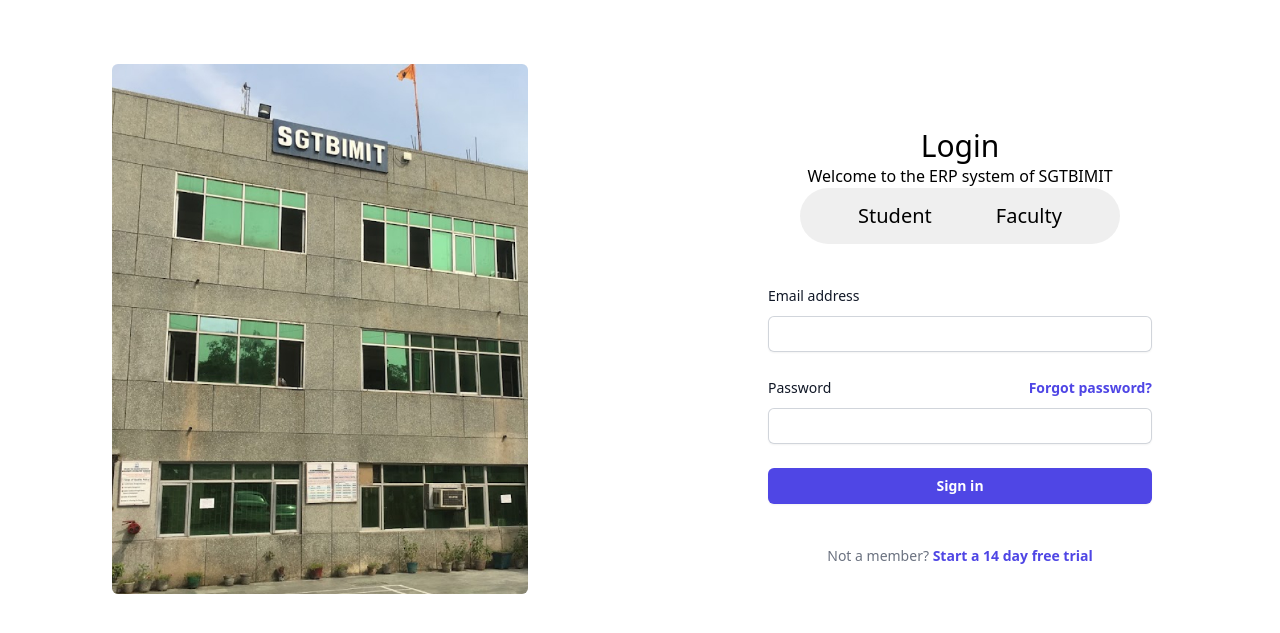
Repository: SehajBindra/SGTBIMIT-ERP-Client
Page: /StudentLogin
The author's editor kept a copy of each file at every save. The page is drawn from the files as they stood at one save, then again after the next save.
The browser window is 1280 px wide. The pictures show the whole page.
The project was rebuilt for these pictures with package versions that can differ from the ones it lists, and the page was loaded fresh each time. Also part of the build but not shown: src/LOGIN/Login.js, src/LOGIN/FACULTY/FacultyLogin.js, src/STUDENT_PAGE/StuBody.js, src/STUDENT_PAGE/StuSidebar.js, src/STUDENT_PAGE/StuHeader.js, src/STUDENT_PAGE/StudentHome.js, src/FACULTY_PAGE/FacBody.js, src/FACULTY_PAGE/FacHeader.js and 2 more.

Above is the page before, as saved 2023-05-14 15:52:01.

### src/App.js
import React from 'react';
import { BrowserRouter as Router, Routes, Route } from "react-router-dom";
import './App.css';
import Login from './LOGIN/Login';
import StudentLogin from './LOGIN/STUDENT/StudentLogin';
import FacultyLogin from './LOGIN/FACULTY/FacultyLogin';
import StuBody from './STUDENT_PAGE/StuBody';
import StudentHome from './STUDENT_PAGE/StudentHome';
import StuSidebar from './STUDENT_PAGE/StuSidebar';
import StuHeader from './STUDENT_PAGE/StuHeader';
import FacBody from './FACULTY_PAGE/FacBody';
import FacHeader from './FACULTY_PAGE/FacHeader';
import FacSidebar from './FACULTY_PAGE/FacSidebar';
import FacultyHome from './FACULTY_PAGE/FacultyHome';
function App() {
  return (
    <div className="App">
      <Router>
        <Routes>
        <Route exact path="/" element={<Login />}></Route>
        <Route exact path="StudentLogin" element={<StudentLogin/>}></Route>
        <Route exact path="FacultyLogin" element={<FacultyLogin/>}></Route>
        <Route exact path="StuBody" element={<StuBody/>}></Route>
        <Route exact path="StuSidebar" element={<StuSidebar/>}></Route>
        <Route exact path="StuHeader" element={<StuHeader/>}></Route>
        <Route exact path="StudentHome" element={<StudentHome/>}></Route>
        <Route exact path="FacBody" element={<FacBody/>}></Route>
        <Route exact path="FacHeader" element={<FacHeader/>}></Route>
        <Route exact path="FacSidebar" element={<FacSidebar/>}></Route>
        <Route exact path="FacultyHome" element={<FacultyHome/>}></Route>
        </Routes>
      </Router>
    </div>
  );
}

export default App;

### src/LOGIN/STUDENT/StudentLogin.js
import React, { useEffect, useState } from "react";
import VisibilityIcon from "@mui/icons-material/Visibility";
import VisibilityOffIcon from "@mui/icons-material/VisibilityOff";

const StudentLogin = () => {
  const [translate, setTranslate] = useState(false);
  const [username, setUsername] = useState("");
  const [password, setPassword] = useState("");
  const [showPassword, setShowPassword] = useState(false);
  const [loading] = useState(false);

  useEffect(() => {
    setTimeout(() => {
      setTranslate(true);
    }, 1000);
  }, []);

  return (
    <div className=" grid grid-cols-4 h-[530px] my-16 mx-auto max-w-7xl ">
      <div className=" col-span-2">
        <img
          className="hidden md:inline h-[530px] object-cover rounded-md"
          src="/sgtb.jpg"
          alt="banner_image"
        />
      </div>

      <div className="bg-white  col-span-2 my-16">
        <h2 className="text-3xl">Login</h2>
        <p>Welcome to the ERP system of SGTBIMIT</p>

        <div
          className="flex flex-row items-center mx-auto justify-center h-[56px] text-[#
            1B449C] bg-[#EEEE] max-w-xs  space-x-16 capitalize text-[20px] rounded-[32px]"
        >
          <p>student</p>
          <p className="">faculty</p>
        </div>

        <div>
          <div className="mt-10 sm:mx-auto sm:w-full sm:max-w-sm">
            <form className="space-y-6" action="#" method="POST">
              <div>
                <label className="block text-left text-sm font-medium leading-6 text-gray-900">
                  Email address
                </label>
                <div className="mt-2">
                  <input
                    id="email"
                    name="email"
                    type="email"
                    autoComplete="email"
                    required
                    className="block w-full rounded-md border-0 py-1.5 text-gray-900 shadow-sm ring-1 ring-inset ring-gray-300 placeholder:text-gray-400 focus:ring-2 focus:ring-inset focus:ring-indigo-600 sm:text-sm sm:leading-6"
                  />
                </div>
              </div>

              <div>
                <div className="flex items-center justify-between">
                  <label
                    htmlFor="password"
                    className="block text-sm font-medium leading-6 text-gray-900"
                  >
                    Password
                  </label>
                  <div className="text-sm">
                    <a
                      href="#"
                      className="font-semibold text-indigo-600 hover:text-indigo-500"
                    >
                      Forgot password?
                    </a>
                  </div>
                </div>
                <div className="mt-2">
                  <input
                    id="password"
                    name="password"
                    type="password"
                    autoComplete="current-password"
                    required
                    className="block w-full rounded-md border-0 py-1.5 text-gray-900 shadow-sm ring-1 ring-inset ring-gray-300 placeholder:text-gray-400 focus:ring-2 focus:ring-inset focus:ring-indigo-600 sm:text-sm sm:leading-6"
                  />
                </div>
              </div>

              <div>
                <button
                  type="submit"
                  className="flex w-full justify-center rounded-md bg-indigo-600 px-3 py-1.5 text-sm font-semibold leading-6 text-white shadow-sm hover:bg-indigo-500 focus-visible:outline focus-visible:outline-2 focus-visible:outline-offset-2 focus-visible:outline-indigo-600"
                >
                  Sign in
                </button>
              </div>
            </form>

            <p className="mt-10 text-center text-sm text-gray-500">
              Not a member?{" "}
              <a
                href="#"
                className="font-semibold leading-6 text-indigo-600 hover:text-indigo-500"
              >
                Start a 14 day free trial
              </a>
            </p>
          </div>
        </div>
      </div>
    </div>
  );
};

export default StudentLogin;

### src/LOGIN/Login.css
*{
    margin: 0;
    padding: 0;
}
.display{
    min-height: 100vh;
    width: 100%;
    background-image: url("back.jpg");
    background-repeat: no-repeat;
    background-size: cover;
    background-position: center;
    position: relative;

}

Loaded but not shown: public/index.html (common file); src/index.js (common file); src/index.css (common file); src/App.css (common file); tailwind.config.js (common file)

After the next save:
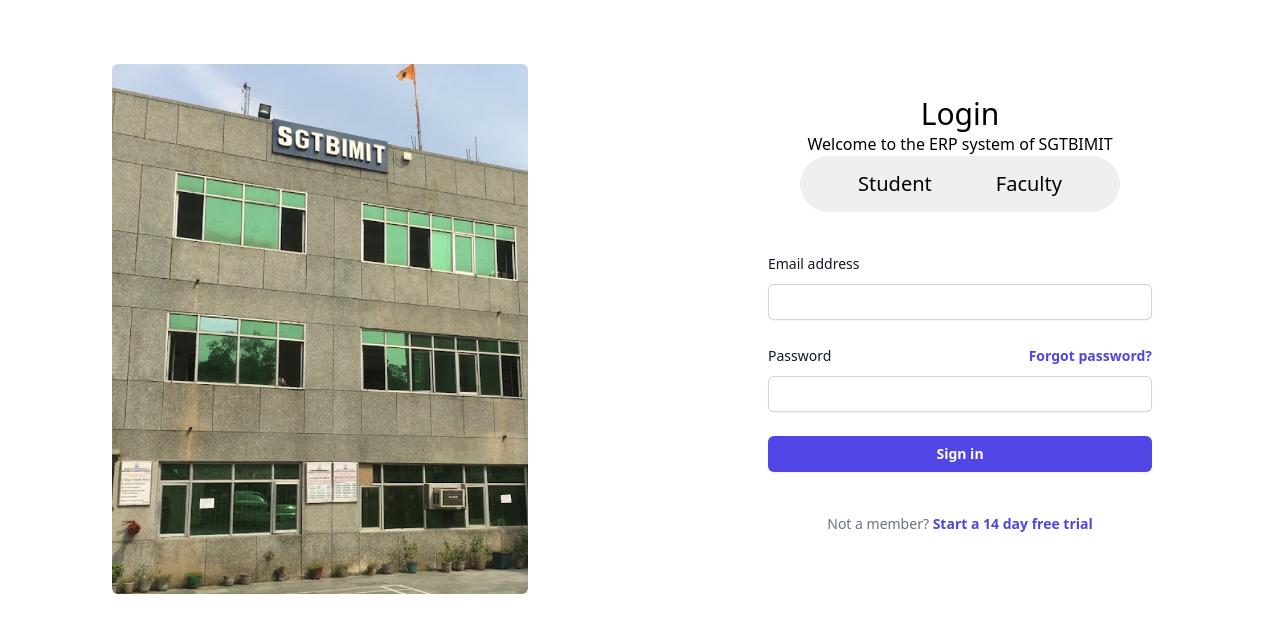
Saved 6 s later.
--- a/src/LOGIN/STUDENT/StudentLogin.js
+++ b/src/LOGIN/STUDENT/StudentLogin.js
@@ -25,7 +25,7 @@
         />
       </div>
 
-      <div className="bg-white  col-span-2 my-16">
+      <div className="bg-white  col-span-2 my-8">
         <h2 className="text-3xl">Login</h2>
         <p>Welcome to the ERP system of SGTBIMIT</p>
 
